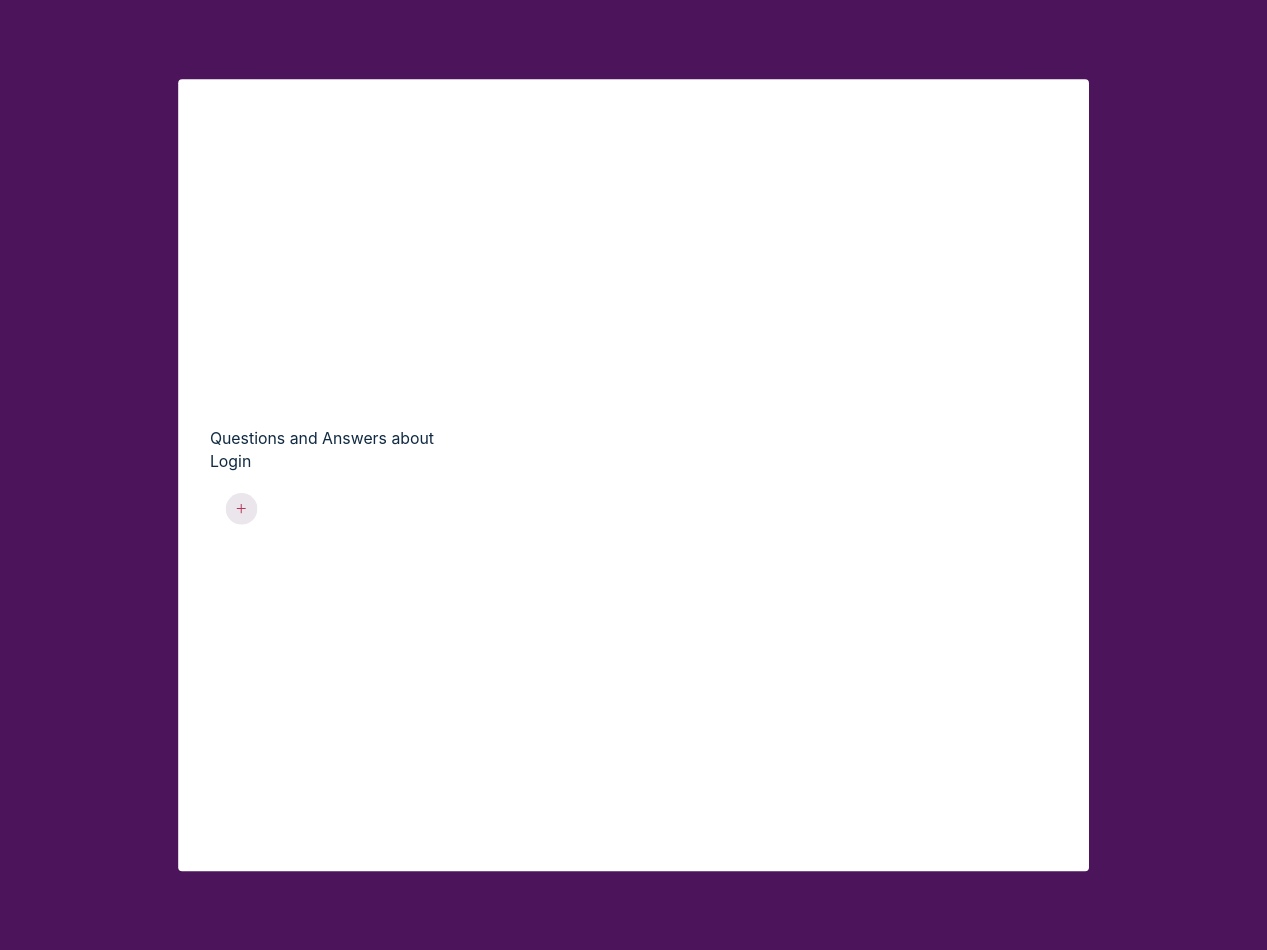
Repository: Reghanoid/Accordion
Page: /
These files come from the project's save history. The page is drawn as it stood at one moment and after the next save; the edit follows.
The browser window is 1280 px wide. The pictures show the whole page, at 99% of full size.
The project was rebuilt for these pictures with package versions that can differ from the ones it lists, and the page was loaded fresh each time.

Above is the page before, as saved 2022-06-06 15:20:53.

### src/App.js
import React, { useState } from 'react'
import data from './data'
import SingleQuestion from './Question'
function App() {
  return (
    <main className='container'>
      <SingleQuestion />
    </main>
  )
}

export default App

### src/data.js
const questions = [
  {
    id: 1,
    title: 'Do I have to allow the use of cookies?',
    info:
      'Unicorn vinyl poutine brooklyn, next level direct trade iceland. Shaman copper mug church-key coloring book, whatever poutine normcore fixie cred kickstarter post-ironic street art.',
  },
  {
    id: 2,
    title: 'How do I change my My Page password?',
    info:
      'Coloring book forage photo booth gentrify lumbersexual. Migas chillwave poutine synth shoreditch, enamel pin thundercats fashion axe roof party polaroid chartreuse.',
  },
  {
    id: 3,
    title: 'What is BankID?',
    info:
      'Enamel pin fam sustainable woke whatever venmo. Authentic asymmetrical put a bird on it, lumbersexual activated charcoal kinfolk banjo cred pickled sartorial.',
  },
  {
    id: 4,
    title: 'Whose birth number can I use?',
    info:
      'Edison bulb direct trade gentrify beard lo-fi seitan sustainable roof party franzen occupy squid. Knausgaard cronut succulents, scenester readymade shabby chic lyft. Copper mug meh vegan gentrify.',
  },
  {
    id: 5,
    title: 'When do I recieve a password ordered by letter?',
    info:
      'Locavore franzen fashion axe live-edge neutra irony synth af tilde shabby chic man braid chillwave waistcoat copper mug messenger bag. Banjo snackwave blog, microdosing thundercats migas vaporware viral lo-fi seitan ',
  },
]
export default questions

### src/Question.js
import React, { useState } from 'react'
import { AiOutlineMinus, AiOutlinePlus } from 'react-icons/ai'
const Question = (props) => {
  const [expand, setExpand] = useState(false)

  return (
    <main>
      <div>
        <header>Questions and Answers about Login</header>
        <div>
          <h4> {props.title} </h4>
          <p> {props.info} </p>

          <button className='btn'>
            {' '}
            <AiOutlinePlus />
          </button>
        </div>
      </div>
    </main>
  )
}

export default Question

Loaded but not shown: public/index.html (common file); src/index.js (common file); src/index.css (common file)

After the next save:
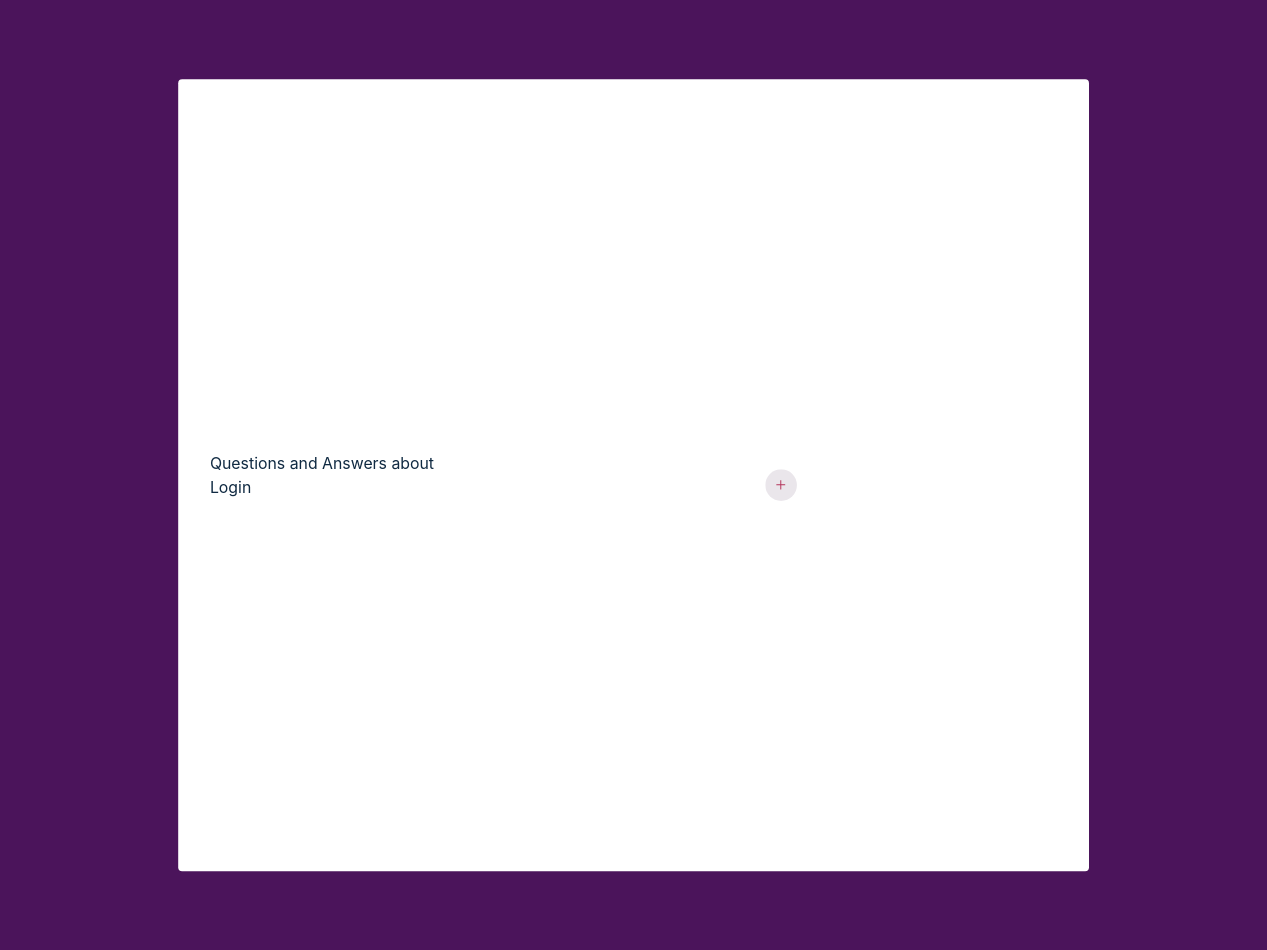
Saved 102 s later.
--- a/src/App.js
+++ b/src/App.js
@@ -4,6 +4,7 @@ import SingleQuestion from './Question'
 function App() {
   return (
     <main className='container'>
+      <header>Questions and Answers about Login</header>
       <SingleQuestion />
     </main>
   )
--- a/src/Question.js
+++ b/src/Question.js
@@ -6,9 +6,8 @@ const Question = (props) => {
   return (
     <main>
       <div>
-        <header>Questions and Answers about Login</header>
         <div>
-          <h4> {props.title} </h4>
+          <h4> </h4>
           <p> {props.info} </p>
 
           <button className='btn'>
